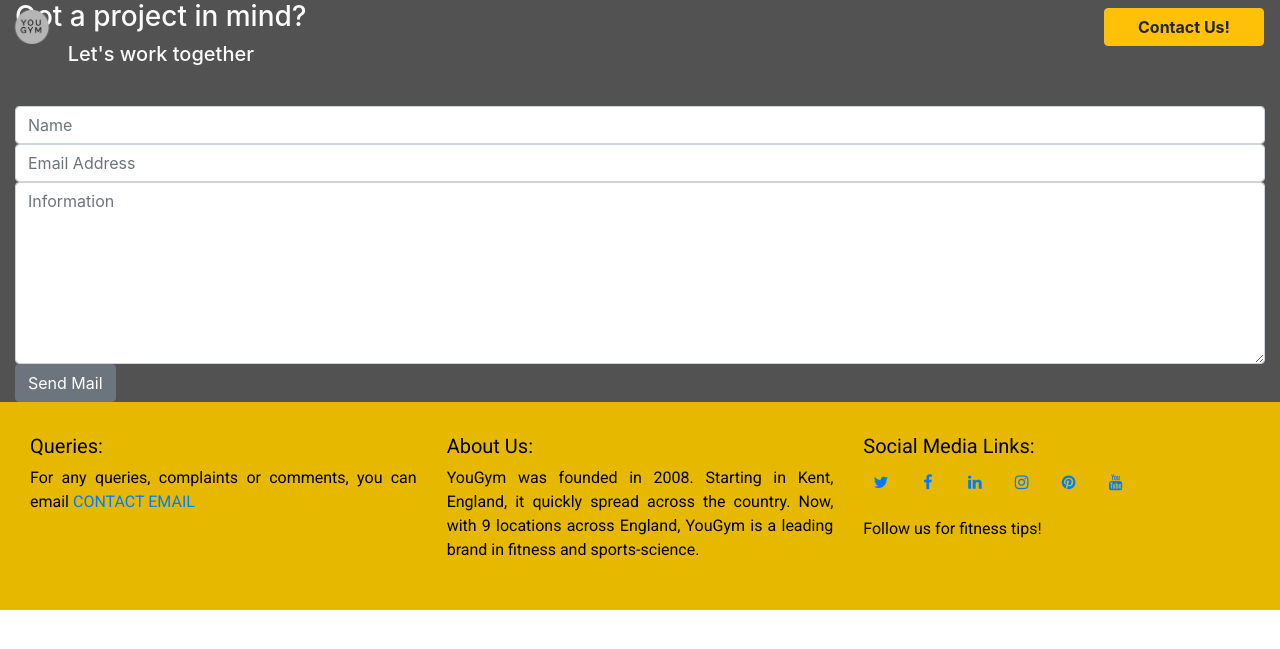
Repository: Felix-Redwood/Interactive-Frontend-Development-Milestone-Project
Page: contact.html
The author's editor kept a record of every edit. The page is drawn from the files as they stood at one moment, then again after the next edit.
The browser window is 1280 px wide. The pictures show the whole page.

Above is the page before.
Console error: ReferenceError: emailjs is not defined

### contact.html
<!DOCTYPE html>
<html lang="en">

<head>
    <meta charset="UTF-8">
    <meta name="viewport" content="width=device-width, initial-scale=1.0">
    <meta name="description" content="YouGym! | The gym for you!">
    <meta name="keywords" content="fitness, exercise, gyms, gym, workout, work out">
    <meta name="author" content="Felix Redwood">
    <meta http-equiv="X-UA-Compatible" content="ie=edge">
    <link rel="icon" type="image/png" href="assets/images/YouGym-logo.png">
    <title>YouGym official site</title>
    <link rel="stylesheet" href="assets/css/main.css" type="text/css" />
    <link href="https://stackpath.bootstrapcdn.com/bootstrap/4.4.1/css/bootstrap.min.css" rel="stylesheet" integrity="sha384-Vkoo8x4CGsO3+Hhxv8T/Q5PaXtkKtu6ug5TOeNV6gBiFeWPGFN9MuhOf23Q9Ifjh" crossorigin="anonymous">
    <link href="https://fonts.googleapis.com/css?family=Roboto&display=swap" rel="stylesheet">
    <link rel="stylesheet" href="https://stackpath.bootstrapcdn.com/font-awesome/4.7.0/css/font-awesome.min.css" type="text/css" />
    <script type="text/javascript" src="https://cdn.jsdelivr.net/npm/emailjs-com@2.4.1/dist/email.min.js"></script>
    <script type="text/javascript">
        (function() {
            emailjs.init("user_VGmB9lBk3P7b5oqcK2H0e");
            emailjs.send("gmail", "contact_template", { name: "YouGym", notes: "RE:" });
        })();
    </script>
</head>

<body>
    <div class="container-fluid navalert-container">
        <nav class="navbar navbar-dark navbar-expand-sm fixed-top top-nav">
            <a href="index.html">
                <img src="assets/images/navbar-logo.png" class="logo" alt="site_logo"/>
            </a>
            <div class="navbar-contact ml-auto">
                <a href="#">
            <button type="button" class="btn btn-warning contact-button">Contact Us!</button>
            </a>
            </div>
        </nav>
    </div>

    <div class="container-wrapper">
        <div class="email-harvester">
            <section class="container-fluid ">
                <div class="row bg-color-contact">
                    <div>
                        <h3 class="contact-heading uppercase text-center">Got a project in mind?</h3>
                        <h5 class="uppercase text-center">Let's work together</h5>
                    </div>
                    <div class="contact-form">
                        <form onsubmit="return sendEmail(this);">
                            <input type="text" name="name" class="form-control" id="fullname" placeholder="Name" required/>
                            <input type="text" name="emailaddress" class="form-control" id="emailaddress" placeholder="Email Address" required/>
                            <textarea rows="7" name="content" class="form-control" id="content" placeholder="Information" required></textarea>
                            <button type="submit" class="btn btn-secondary center-block">Send Mail</button>
                        </form>
                    </div>
                </div>
            </section>
        </div>
    </div>

    <!-- footer -->
    <footer class="container-fluid">
        <div class="row">
            <div class="col-sm-4 footer-container">
                <h5 class="uppercase">Queries:</h5>
                <p>For any queries, complaints or comments, you can email <a href="mailto:CONTACT EMAIL HERE" class="email-fade">CONTACT EMAIL</a></p>
                <!--this email, when clicked, will open an email template to contact YouGym-->
            </div>
            <div class="col-sm-4 footer-container">
                <h5 class="uppercase">About Us:</h5>
                <p>YouGym was founded in 2008. Starting in Kent, England, it quickly spread across the country. Now, with 9 locations across England, YouGym is a leading brand in fitness and sports-science. </p>
            </div>
            <div class="col-sm-4 footer-container">
                <h5 class="uppercase">Social Media Links:</h5>
                <ul class="list-inline social-media">
                    <li class="list-inline-item">
                        <a target="_blank" href="#">
                            <i class="fa fa-twitter" aria-hidden="true"></i>
                            <span class="sr-only">Twitter</span>
                        </a>
                    </li>
                    <li class="list-inline-item">
                        <a target="_blank" href="#">
                            <i class="fa fa-facebook" aria-hidden="true"></i>
                            <span class="sr-only">Facebook</span>
                        </a>
                    </li>
                    <li class="list-inline-item">
                        <a target="_blank" href="#">
                            <i class="fa fa-linkedin" aria-hidden="true"></i>
                            <span class="sr-only">LinkedIn</span>
                        </a>
                    </li>
                    <li class="list-inline-item">
                        <a target="_blank" href="#">
                            <i class="fa fa-instagram" aria-hidden="true"></i>
                            <span class="sr-only">Instagram</span>
                        </a>
                    </li>
                    <li class="list-inline-item">
                        <a target="_blank" href="#">
                            <i class="fa fa-pinterest" aria-hidden="true"></i>
                            <span class="sr-only">Pintrest</span>
                        </a>
                    </li>
                    <li class="list-inline-item">
                        <a target="_blank" href="#">
                            <i class="fa fa-youtube" aria-hidden="true"></i>
                            <span class="sr-only">YouTube</span>
                        </a>
                    </li>
                </ul>
                <p>Follow us for fitness tips!</p>
            </div>
        </div>
    </footer>
    <script src="https://code.jquery.com/jquery-3.4.1.slim.min.js" integrity="sha384-J6qa4849blE2+poT4WnyKhv5vZF5SrPo0iEjwBvKU7imGFAV0wwj1yYfoRSJoZ+n" crossorigin="anonymous"></script>
    <script src="https://cdn.jsdelivr.net/npm/popper.js@1.16.0/dist/umd/popper.min.js" integrity="sha384-Q6E9RHvbIyZFJoft+2mJbHaEWldlvI9IOYy5n3zV9zzTtmI3UksdQRVvoxMfooAo" crossorigin="anonymous"></script>
    <script src="https://stackpath.bootstrapcdn.com/bootstrap/4.4.1/js/bootstrap.min.js" integrity="sha384-wfSDF2E50Y2D1uUdj0O3uMBJnjuUD4Ih7YwaYd1iqfktj0Uod8GCExl3Og8ifwB6" crossorigin="anonymous"></script>
    <script type="text/javascript" src="assets/js/contact.js"></script>
</body>

</html>

### assets/css/main.css
body {
    font-family: 'Roboto', sans-serif;
}

bold {
    font-weight: bold;
}

/* This gives us an easy way to make text bold within the html document */

.container-fluid .col-12 {
    margin: 0;
    padding: 0;
}

/* ensures that the container-fluid and col-12 classes do not have any initial padding*/

.mainpageimage-container {
    height: 100vh;
    width: 100%;

    background: url(../images/mainpageimage.jpg) no-repeat top right fixed;
    -webkit-background-size: cover;
    -moz-background-size: cover;
    -o-background-size: cover;
    background-size: cover;

    display: flex;
    align-items: center;
    justify-content: center;

    position: relative;
}

/*Navbar*/

.logo {
    height: 2.115em;
    width: 6em;
    margin-left: -2em;
}

.contact-button {
    width: 10em !important;
    font-weight: bold !important;
}

.homepage-button {
    width: 10em !important;
    font-weight: bold !important;
}

/*Mainpage*/

.mainpage {
    background-color: transparent !important;
    padding-left: 0;
    padding-right: 0;
}

.mainpage-h1 {
    color: white;
    font-weight: bold;
    font-size: 3.4em;
    margin-bottom: 0.8em !important;
    padding-left: 0;
    padding-right: 0;
}

.mainpage-h2 {
    color: white;
    font-size: 1em;
    font-weight: 500;
}

@media (max-width: 906px) {
    .mainpage-h1 {
        padding-left: 0;
        padding-right: 0;
    }
}

@media (max-width: 568px) {
    .mainpage-h1 {
        padding-left: 0;
        padding-right: 0;
    }
}

.container-wrapper {
    padding: 0;
    margin: 0;
}

/* Email Harvester */

.email-harvester {
    background-color: #525252;
    color: #fafafa;
    margin: 0;
    padding: 0;
}

.email-box {
    font-size: 1.5em;
    font-weight: 700;
    text-decoration: none;
    color: #fff;
    margin-top: 1.3em;
    margin-bottom: 1.3em;
}

.email-title {
    font-size: 1.5em;
}

.email-para {
    font-size: 0.9em;
}

.email-input {}

.btn-emailharvester {
    color: #000 !important;
    width: 20em;
}

small {
    font-size: 0.4em !important;
}

.email-div {
    padding-right: 0;
    padding-left: 0;
}

.row {
    margin-left: 0 !important;
    margin-right: 0 !important;
}

.container {
    margin-right: 0 !important;
    margin-left: 0 !important;
}

/* Contact */

.contact-section {
    padding-top: 2em;
    padding-bottom: 2em;
    width: 50%;
}

.contact-form {
    padding-top: 2em;
    min-height: 15em;
    margin: 0 auto;
    width: 100%;
    color: #fff;
}

.btn-send-mail {
    margin-top: 0.4em;
    color: #000 !important;
    font-weight: bold !important;
    width: 100% !important;
}

/* Footer */

footer {
    background-color: #e6b800;
    color: #000;
    font-weight: 520;
    min-height: 120px;
    margin: 0;
    font-family: 'Roboto', sans-serif;
}

.footer-container {
    padding: 2em;
    /* em ensures that padding scales with screen size */
}

.footer-container p {
    text-align: justify;
    /* by justifying the text, the <p> elements look more professional */
}

.footer-container h5 {
    font-weight: 550 !important;
    /* overrides the normal h5 boldness */
}

.social-media li a i {
    width: 35px;
    height: 35px;
    padding-top: 8px;
    border-radius: 50%;
    /* a border-radius of 50% gives us a circle */
    text-align: center;
    transition: all 0.35s ease-in-out;
    -moz-transition: all 0.35s ease-in-out;
    -webkit-transition: all 0.35s ease-in-out;
    -o-transition: all 0.35s ease-in-out;
    /*this will be used for transitioning the items to a different color when hovered over */
}

.social-media li a i:hover {
    color: #000;
    background-color: #fff;
    /* sets the icon color to black and background color to white when hovered over */
    /* this helps distinguish the icon that will be clicked on */
}

/* Email-decoration */

.email-fade {
    transition: all 0.35s ease-in-out;
    -moz-transition: all 0.35s ease-in-out;
    -webkit-transition: all 0.35s ease-in-out;
    -o-transition: all 0.35s ease-in-out;
}

.email-fade:hover {
    color: #408000;
    /* gives a subtle change to the color of the email link when hovered over */
}

### assets/js/contact.js
function sendEmail(contactForm) {
    email,
    js.send(
        "gmail", "contact_template", {
            "from_name": contactForm.name.value,
            "from_email": contactForm.emailaddress.value,
            "email_text": contactForm.content.value
        })
    .then(
        function(response) {
            console.log("SUCCESS", response);
        },
        function(error) {
            console.log("FAILED", error);
        });
    return false;
}

After the next edit:
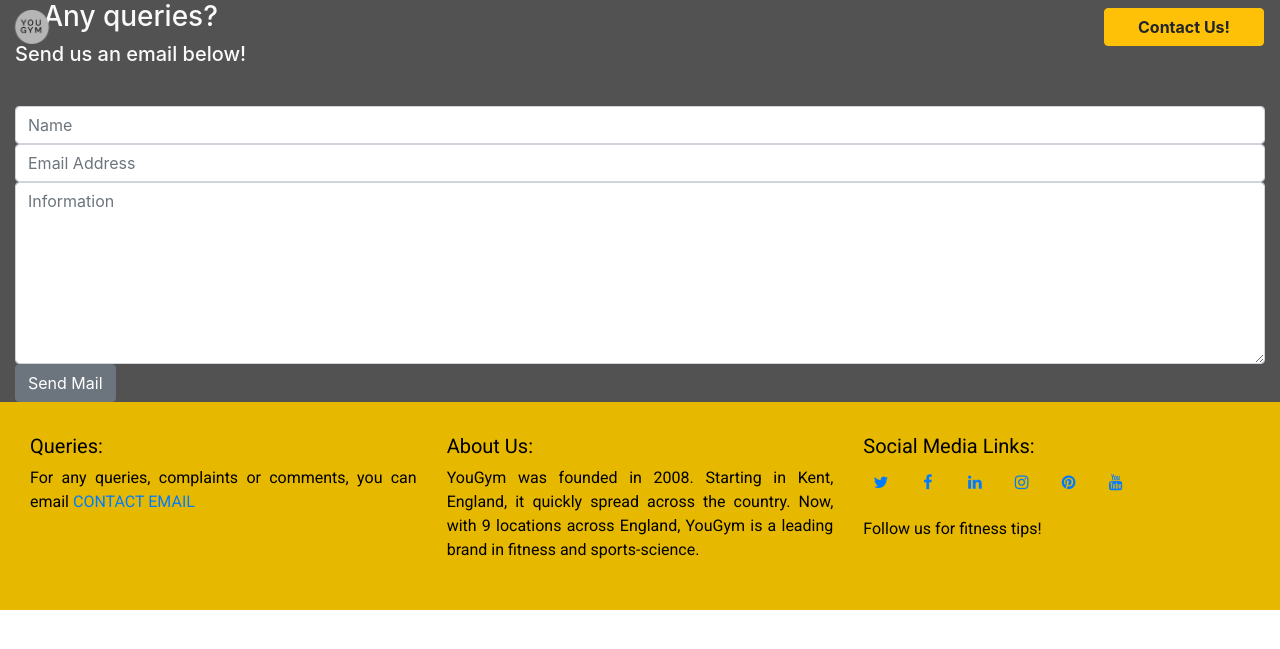
The edit:
--- a/contact.html
+++ b/contact.html
@@ -42,8 +42,8 @@
             <section class="container-fluid ">
                 <div class="row bg-color-contact">
                     <div>
-                        <h3 class="contact-heading uppercase text-center">Got a project in mind?</h3>
-                        <h5 class="uppercase text-center">Let's work together</h5>
+                        <h3 class="contact-heading uppercase text-center">Any queries?</h3>
+                        <h5 class="uppercase text-center">Send us an email below!</h5>
                     </div>
                     <div class="contact-form">
                         <form onsubmit="return sendEmail(this);">
